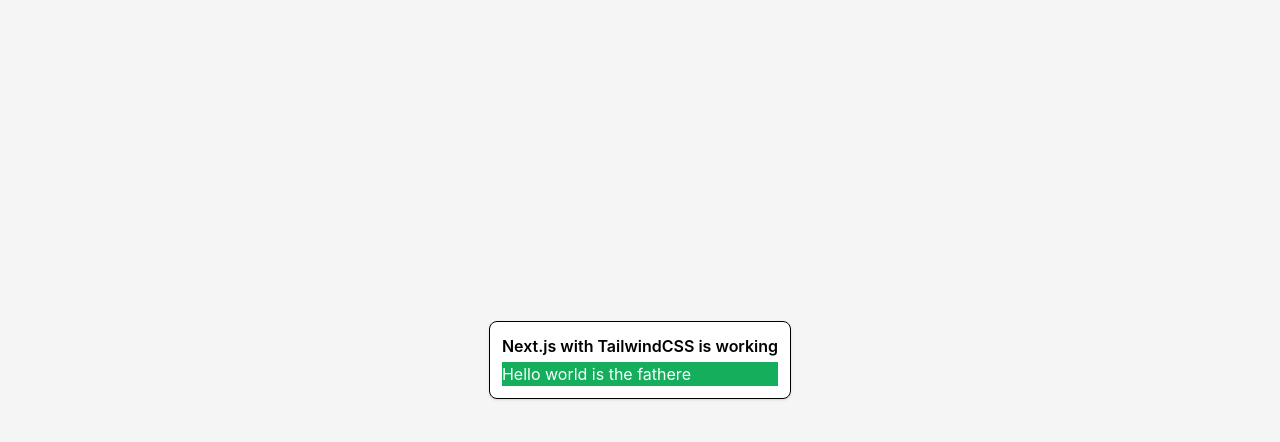
Repository: vignesh33654/resizablesidebar
Page: /
The author's editor kept a copy of each file at every save. The page is drawn from the files as they stood at one save, then again after the next save.
The browser window is 1280 px wide. The pictures show the whole page.
The project was rebuilt for these pictures with package versions that can differ from the ones it lists, and the page was loaded fresh each time.

Above is the page before, as saved 2025-11-11 10:51:50.

After the next save:
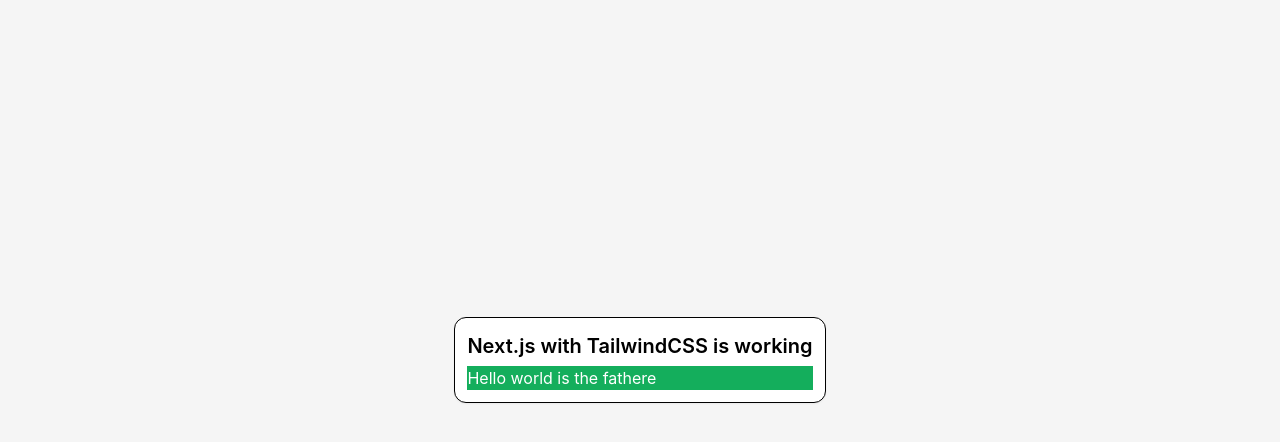
Saved 104 s later.
--- a/src/index.css
+++ b/src/index.css
@@ -1,18 +1,85 @@
 @import "tailwindcss";
 
 @theme {
+  /* Colors */
   --color-primary: #37352f;
-  --color-secondary: #ff0000;
-  --color-tertiary: #ff00ff;
+  --color-secondary: #898986;
+  --color-tertiary: #acaba9;
   --color-disabled: #d5d5d4;
   --color-white: #ffffff;
-  --color-primary: #0d99ff;
+  --color-blue: #0d99ff;
   --color-success: #14ae5c;
   --color-failure: #f24822;
   --color-warning: #ffcd29;
+
+  /* Background Colors */
   --color-Bg-0: #ffffff;
   --color-Bg-1: #f5f5f5;
   --color-Bg-2: #f1f0f1;
+
+  /* Border Colors */
+  --color-border-primary: #e6e6e6;
+
+  /* Font Families */
+  --font-family-display: "Inter", "system-ui", "sans-serif";
+  --font-family-body: "Inter", "system-ui", "sans-serif";
+  --font-family-mono: "ui-monospace", "Menlo", "monospace";
+
+  /* Font Sizes */
+  --font-size-h1: 30px;
+  --font-size-h2: 24px;
+  --font-size-h3: 20px;
+  --font-size-body-16: 16px;
+  --font-size-body-14: 14px;
+  --font-size-body-13: 13px;
+  --font-size-small-12: 12px;
+  --font-size-small-11: 11px;
+  --font-size-small-10: 10px;
+
+  /* Line Heights */
+  --line-height-h1: 40px;
+  --line-height-h2: 32px;
+  --line-height-h3: 32px;
+  --line-height-body: 24px;
+  --line-height-small: 16px;
+  --line-height-tight: 1.25;
+  --line-height-normal: 1.5;
+  --line-height-loose: 2;
+
+  /* Font Weights */
+  --font-weight-light: 300;
+  --font-weight-normal: 400;
+  --font-weight-medium: 500;
+  --font-weight-semibold: 600;
+  --font-weight-bold: 700;
+
+  /* Letter Spacing */
+  --letter-spacing-tighter: -0.05em;
+  --letter-spacing-tight: -0.025em;
+  --letter-spacing-normal: 0em;
+  --letter-spacing-wide: 0.025em;
+  --letter-spacing-wider: 0.05em;
+
+  /* Shadows */
+  --shadow-sm: 0 1px 2px 0 rgb(0 0 0 / 0.05);
+  --shadow-md: 0 4px 6px -1px rgb(0 0 0 / 0.1);
+  --shadow-lg: 0 10px 15px -3px rgb(0 0 0 / 0.1);
+  --shadow-xl: 0 20px 25px -5px rgb(0 0 0 / 0.1);
+
+  /* Border Radius */
+  --radius-sm: 4px;
+  --radius-md: 8px;
+  --radius-lg: 12px;
+  --radius-xl: 16px;
+  --radius-full: 9999px;
+
+  /* Spacing (optional) */
+  --spacing-1: 4px;
+  --spacing-2: 8px;
+  --spacing-3: 12px;
+  --spacing-4: 16px;
+  --spacing-6: 24px;
+  --spacing-8: 32px;
 }
 
 /* default css styles */
